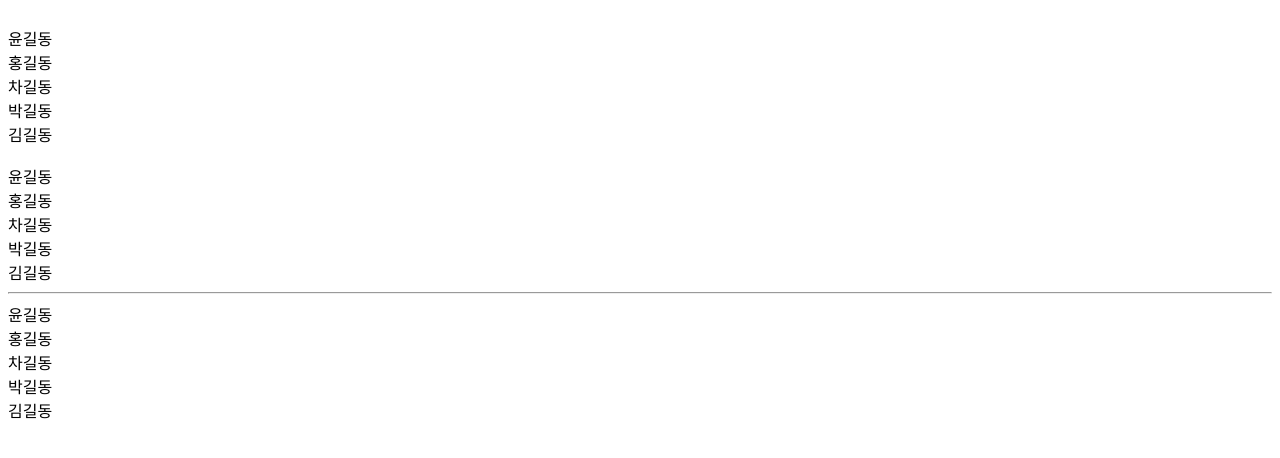
Repository: dhfkdlxm/Lecture-Web
Page: Lecture-Web/WebContent/javascript/array/exam02.html
These files come from the project's save history. The page is drawn as it stood at one moment and after the next save; the edit follows.
The browser window is 1280 px wide. The pictures show the whole page.

Above is the page before, as saved 2021-06-14 00:44:59.

### Lecture-Web/WebContent/javascript/array/exam02.html
<!DOCTYPE html>
<html>
<head>
<meta charset="UTF-8">
<title>Insert title here</title>
<script type="text/javascript">
	let names = ['윤길동','홍길동','차길동','박길동','김길동']

	document.write(`<br>`)
	for (var i = 0; i < names.length; i++) {
		document.write(names[i] + '<br>')
		console.log(names[i])
	}

	document.write(`<br>`)
	for(let i in names){
	document.write(names[i] + '<br>')
	}

	document.write('<hr>')
	for (let name of names) {
		document.write(`${ name }<br>`)
		//document.write(name + '<br>')
	}


</script>



</head>
<body>

</body>
</html>

After the next save:
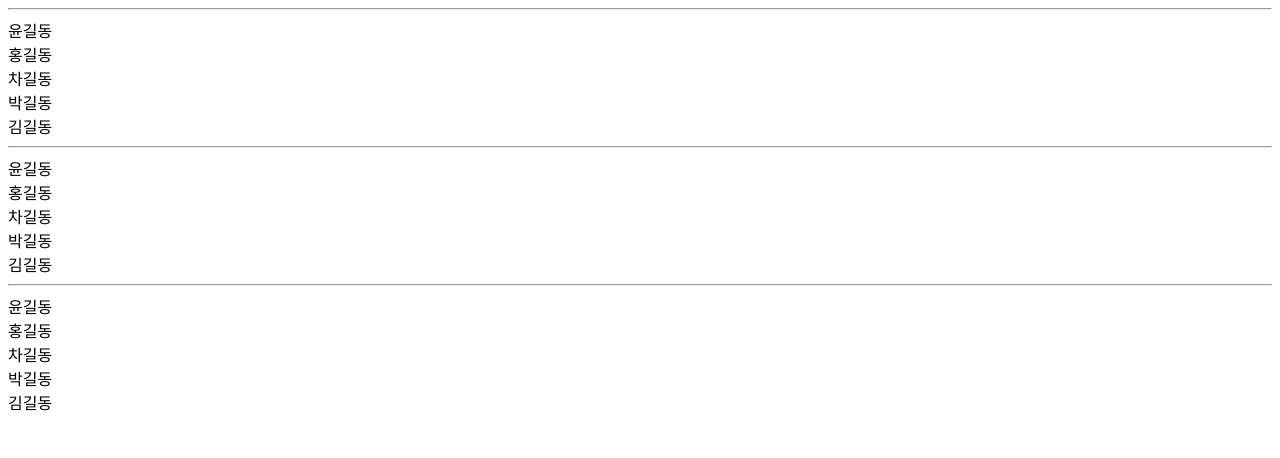
Saved 12 s later.
--- a/Lecture-Web/WebContent/javascript/array/exam02.html
+++ b/Lecture-Web/WebContent/javascript/array/exam02.html
@@ -6,13 +6,13 @@
 <script type="text/javascript">
 	let names = ['윤길동','홍길동','차길동','박길동','김길동']
 
-	document.write(`<br>`)
+	document.write(`<hr>`)
 	for (var i = 0; i < names.length; i++) {
 		document.write(names[i] + '<br>')
 		console.log(names[i])
 	}
 
-	document.write(`<br>`)
+	document.write(`<hr>`)
 	for(let i in names){
 	document.write(names[i] + '<br>')
 	}
